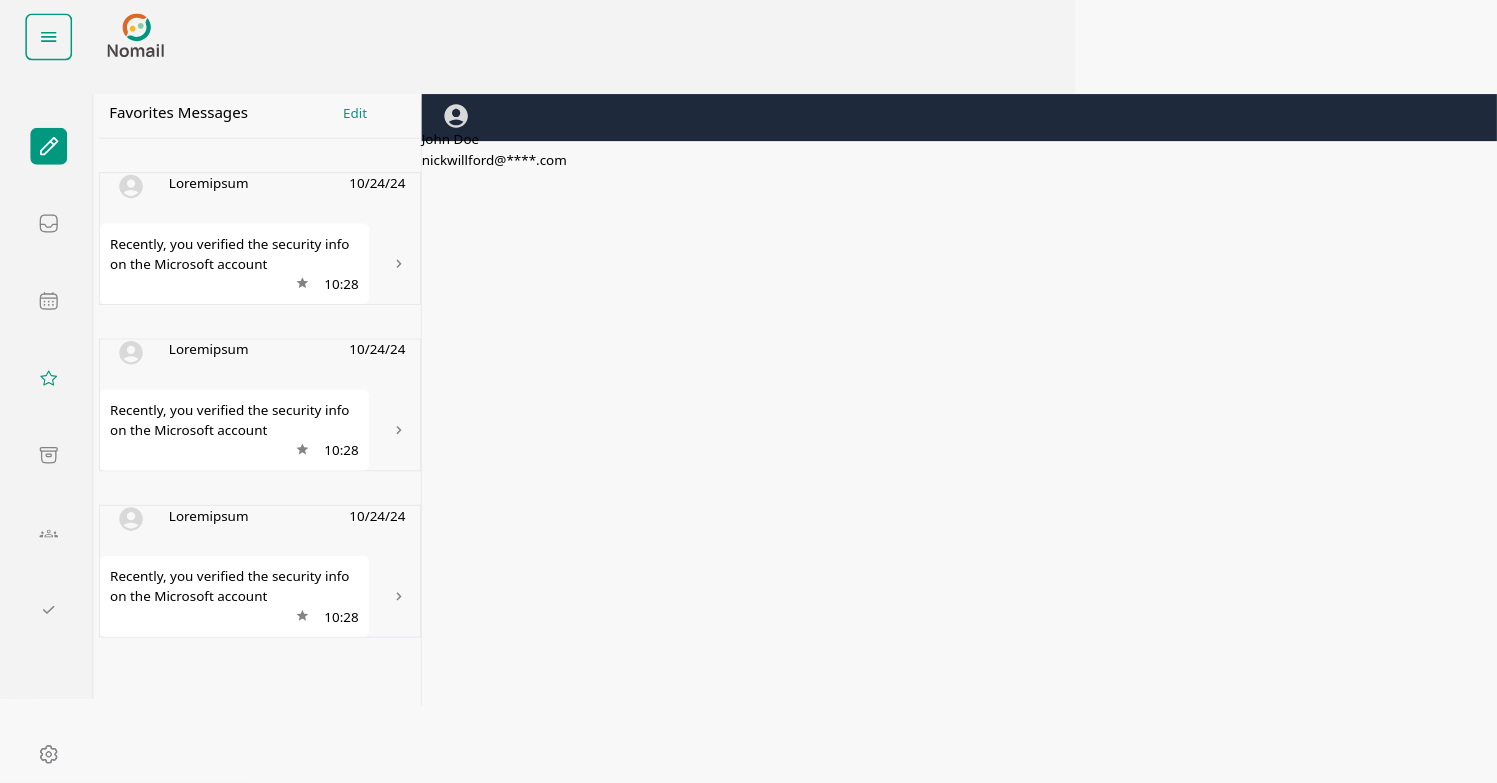
Repository: Tofigkh1/Nomail-Project
Page: /favorites (app in client/)
These files come from the project's save history. The page is drawn as it stood at one moment and after the next save; the edit follows.
The browser window is 1280 px wide. The page is 1782 px wide, so the pictures cover 1782 px, including what lies to the right of the window. The pictures show the whole page, at 84% of full size.
The project was rebuilt for these pictures with package versions that can differ from the ones it lists, and the page was loaded fresh each time. The framework's server and built-in components were replaced by stand-ins that run in the browser. Also part of the build but not shown: client/next.config.mjs, client/components/shared/svg/FavoritesSvg.jsx, client/components/shared/svg/calendarActiveSvg.jsx, client/components/shared/client/CheckBox/index.tsx.

Above is the page before, as saved 2024-11-22 02:59:38.

After the next save:
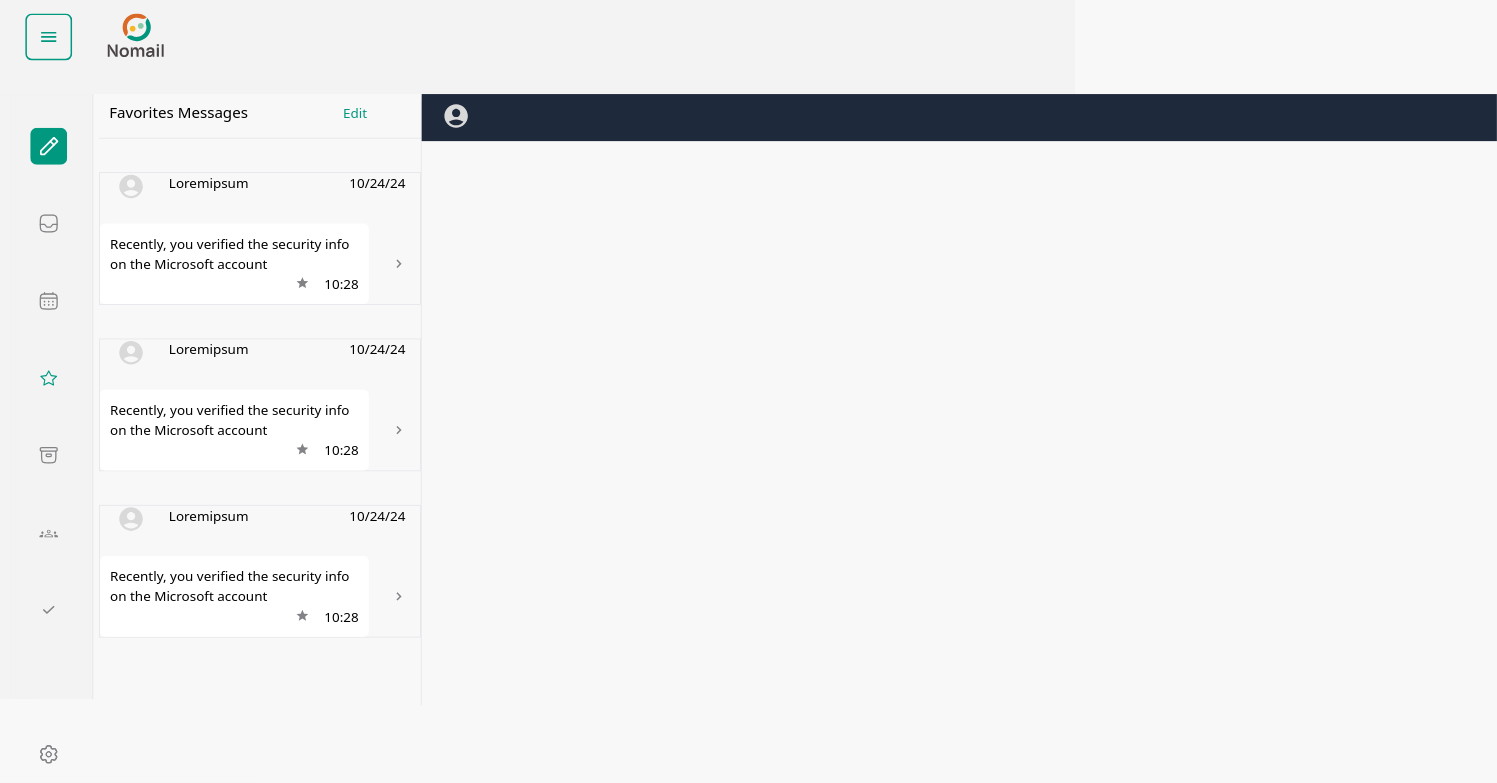
Saved 12 s later.
--- a/client/components/shared/client/messagesView/index.tsx
+++ b/client/components/shared/client/messagesView/index.tsx
@@ -18,10 +18,7 @@
                 <ProfileSvg/>
                 </div>
 
-                <div>
-                    <h1>John Doe</h1>
-                    <h1>nickwillford@****.com</h1>
-                </div>
+
 
             </div>
         </header>

After the save that followed:
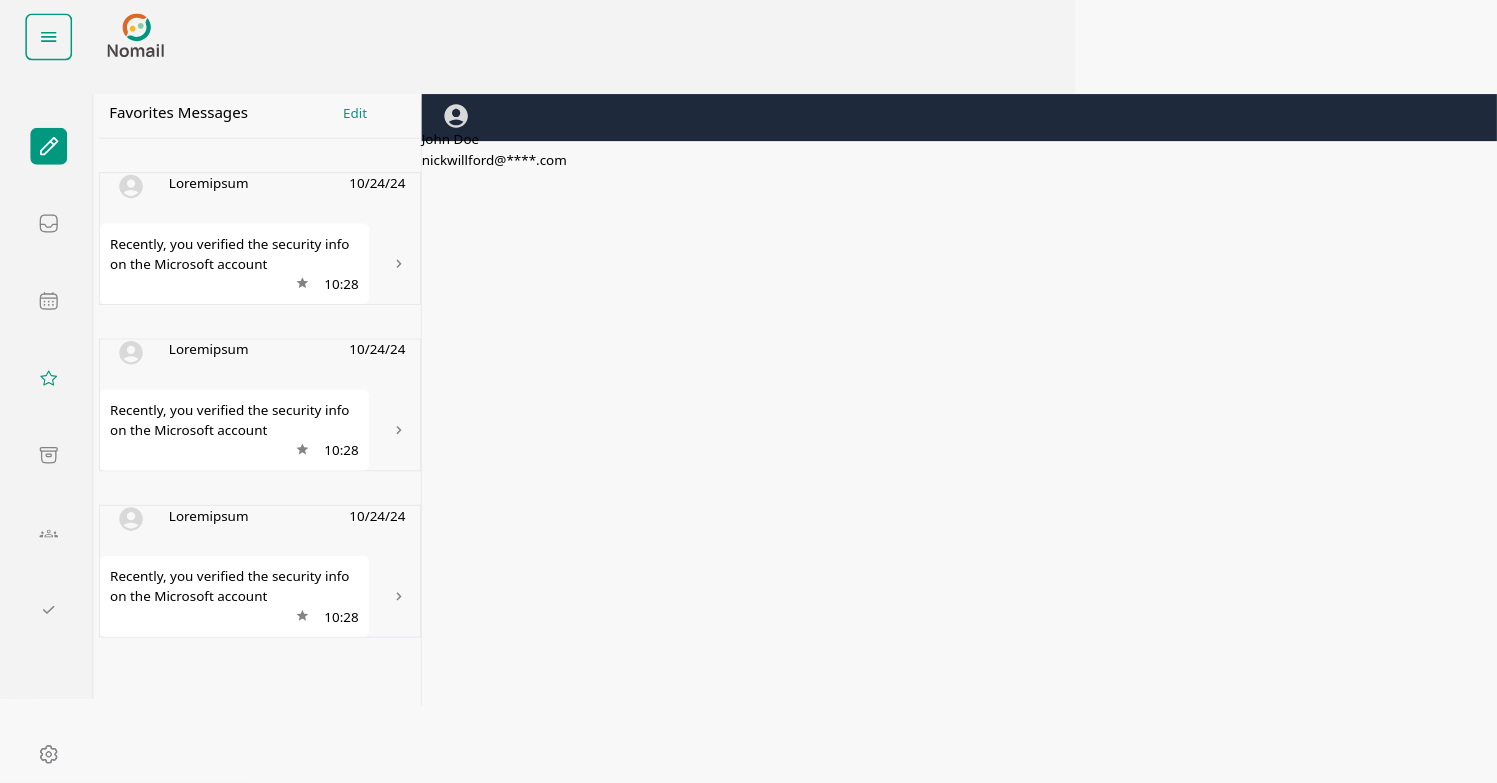
Saved 13 s later.
--- a/client/components/shared/client/messagesView/index.tsx
+++ b/client/components/shared/client/messagesView/index.tsx
@@ -17,7 +17,10 @@
                 <div className=" pt-2.5 ml-4">
                 <ProfileSvg/>
                 </div>
-
+                <div>
+                    <h1>John Doe</h1>
+                    <h1>nickwillford@****.com</h1>
+                </div>
 
 
             </div>
